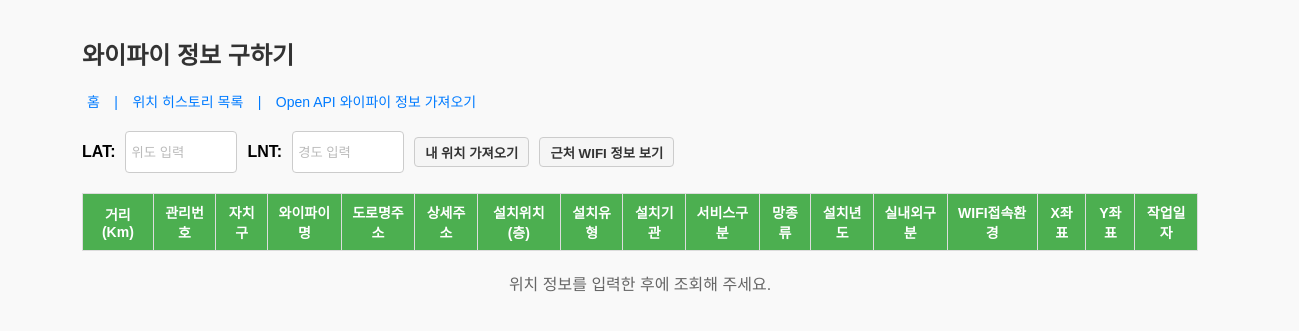
Repository: sangpyolee0/zerobase_task
Page: http://localhost/WifiProject/
The author's editor kept a copy of each file at every save. The page is drawn from the files as they stood at one save, then again after the next save.
The browser window is 1280 px wide. The page is 1280 px wide, then 1299 px, so the pictures cover 1299 px, including what lies to the right of the window. The pictures show the whole page.
The page is served by Tomcat 9. Other server files are loaded and not shown.

Above is the page before, as saved 2024-12-08 18:19:58.

### WifiProject/src/main/webapp/index.jsp
<%@ page language="java" contentType="text/html; charset=UTF-8" pageEncoding="UTF-8"%>
<!DOCTYPE html>
<html>
<head>
    <link rel="stylesheet" type="text/css" href="css/index.css">
    <title>와이파이 정보 구하기</title>
</head>
<body>
    <div class="container">
        <h1>와이파이 정보 구하기</h1>
        <nav>
            <a href="index.jsp">홈</a>
            <span>|</span>
            <a href="history.jsp">위치 히스토리 목록</a>
            <span>|</span>
            <a href="add-wifi.jsp">Open API 와이파이 정보 가져오기</a>
        </nav>
        <form id="wifiForm">
            <label for="lat">LAT:</label>
            <input type="text" id="lat" name="lat" placeholder="위도 입력">
            <label for="lnt">LNT:</label>
            <input type="text" id="lnt" name="lnt" placeholder="경도 입력">
            <button type="button" onclick="fetchLocation()">내 위치 가져오기</button>
            <button type="button" onclick="fetchWifiData()">근처 WIFI 정보 보기</button>
        </form>
        <table>
            <thead>
                <tr>
                    <th>거리(Km)</th>
                    <th>관리번호</th>
                    <th>자치구</th>
                    <th>와이파이명</th>
                    <th>도로명주소</th>
                    <th>상세주소</th>
                    <th>설치위치(층)</th>
                    <th>설치유형</th>
                    <th>설치기관</th>
                    <th>서비스구분</th>
                    <th>망종류</th>
                    <th>설치년도</th>
                    <th>실내외구분</th>
                    <th>WIFI접속환경</th>
                    <th>X좌표</th>
                    <th>Y좌표</th>
                    <th>작업일자</th>
                </tr>
            </thead>
            <tbody id="wifiTable">
                <!-- 데이터가 렌더링됩니다. -->
            </tbody>
        </table>
        <p class="message">위치 정보를 입력한 후에 조회해 주세요.</p>
    </div>
</body>
<script>
    function fetchLocation() {
        // 브라우저의 Geolocation API 사용
        if (navigator.geolocation) {
            navigator.geolocation.getCurrentPosition(function(position) {
                document.getElementById('lat').value = position.coords.latitude.toFixed(6);
                document.getElementById('lnt').value = position.coords.longitude.toFixed(6);
                alert('위치가 성공적으로 설정되었습니다!');
            }, function(error) {
                alert('위치를 가져오는 중 오류가 발생했습니다.');
            });
        } else {
            alert('이 브라우저는 위치 서비스를 지원하지 않습니다.');
        }
    }

    function fetchWifiData() {
        // 사용자가 입력한 LAT, LNT 값
        const lat = document.getElementById('lat').value;
        const lnt = document.getElementById('lnt').value;

        // AJAX 요청을 통해 데이터 가져오기
        fetch(`nearby-wifi.jsp?lat=${lat}&lnt=${lnt}`)
            .then(response => response.json())
            .then(data => {
                const tableBody = document.getElementById('wifiTable');
                tableBody.innerHTML = ''; // 기존 데이터 초기화
                data.forEach(wifi => {
                    const row = document.createElement('tr');
                    row.innerHTML = `
                        <td>${wifi.distance}</td>
                        <td>${wifi.name}</td>
                        <td>${wifi.address}</td>
                        <td>${wifi.details}</td>
                        <td>${wifi.lat}</td>
                        <td>${wifi.lnt}</td>
                    `;
                    tableBody.appendChild(row);
                });
            })
            .catch(error => {
                console.error('Error fetching WiFi data:', error);
                alert('WiFi 데이터를 가져오는 중 오류가 발생했습니다.');
            });
    }
</script>
</html>

### WifiProject/src/main/webapp/css/index.css
/* 기본 스타일 */
body {
    font-family: Arial, sans-serif;
    margin: 0;
    padding: 20px;
    background-color: #f9f9f9;
}

/* 컨테이너 */
.container {
    width: 90%;
    max-width: 1200px;
    margin: 0 auto;
}

/* 헤더 */
h1 {
    font-size: 24px;
    color: #333;
    margin-bottom: 20px;
}

/* 네비게이션 */
nav {
    margin-bottom: 20px;
}

nav a {
    text-decoration: none;
    color: #007BFF;
    margin: 0 5px;
    font-size: 14px;
}

nav span {
    color: #007BFF; /* 링크 색상과 동일 */
    margin: 0 5px;
    font-size: 14px;
    cursor: default;
}

nav a:hover, nav span:hover {
    text-decoration: underline;
}

/* 폼 */
form {
    display: flex;
    align-items: center;
    gap: 10px;
    margin-bottom: 20px;
}

form label {
    font-weight: bold;
}

form input {
    padding: 5px;
    border: 1px solid #ccc;
    border-radius: 4px;
    width: 100px;
    height: 30px;
}

form input::placeholder {
    color: #bbb;
}

form button {
    padding: 5px 10px;
    border: 1px solid #ccc;
    background-color: #f5f5f5;
    color: #333;
    border-radius: 4px;
    cursor: pointer;
    height: 30px;
    font-weight: bold;
}

form button:hover {
    background-color: #e0e0e0;
}

/* 테이블 */
table {
    width: 100%;
    border-collapse: collapse;
}

table th, table td {
    border: 1px solid #ddd;
    padding: 8px;
    text-align: center;
    font-size: 14px;
}

table th {
    background-color: #4CAF50;
    color: white;
    font-weight: bold;
}

table tr:nth-child(even) {
    background-color: #f2f2f2;
}

table tr:hover {
    background-color: #ddd;
}

/* 메시지 스타일 */
.message {
    text-align: center;
    color: #666;
    margin-top: 20px;
}

After the next save:
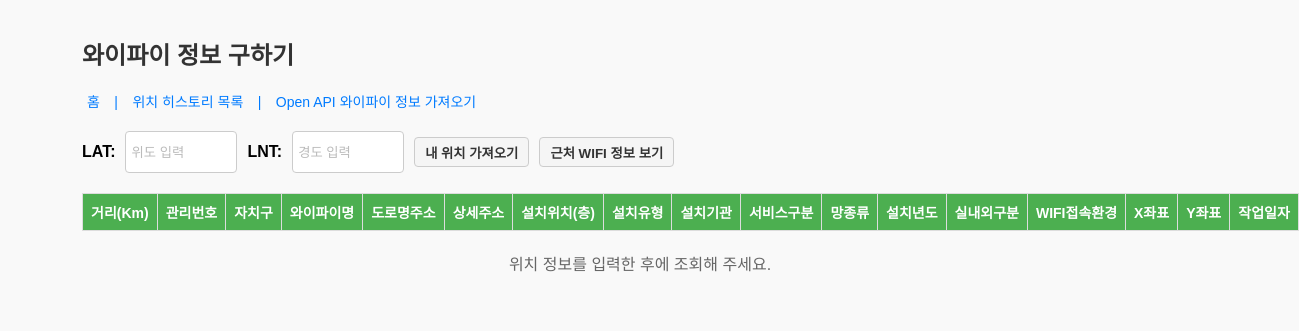
Saved 116 s later.
--- a/WifiProject/src/main/webapp/css/index.css
+++ b/WifiProject/src/main/webapp/css/index.css
@@ -83,9 +83,11 @@ form button:hover {
 }
 
 /* 테이블 */
+/* 테이블 스타일 */
 table {
     width: 100%;
     border-collapse: collapse;
+    margin-top: 20px;
 }
 
 table th, table td {
@@ -93,21 +95,31 @@ table th, table td {
     padding: 8px;
     text-align: center;
     font-size: 14px;
+    white-space: nowrap; /* 텍스트 줄바꿈 방지 */
+    overflow: hidden; /* 텍스트가 너무 길 경우 넘침 방지 */
+    text-overflow: ellipsis; /* 넘치는 텍스트는 말줄임 표시 */
 }
 
 table th {
-    background-color: #4CAF50;
+    background-color: #4CAF50; /* 초록색 */
     color: white;
     font-weight: bold;
 }
 
+table td {
+    max-width: 200px; /* 셀의 최대 너비를 제한 */
+    overflow: hidden;
+    text-overflow: ellipsis; /* 텍스트가 너무 길 경우 말줄임표 표시 */
+}
+
 table tr:nth-child(even) {
-    background-color: #f2f2f2;
+    background-color: #f2f2f2; /* 짝수 행 배경색 */
 }
 
 table tr:hover {
-    background-color: #ddd;
+    background-color: #ddd; /* 마우스 오버 시 배경색 */
 }
+
 
 /* 메시지 스타일 */
 .message {
